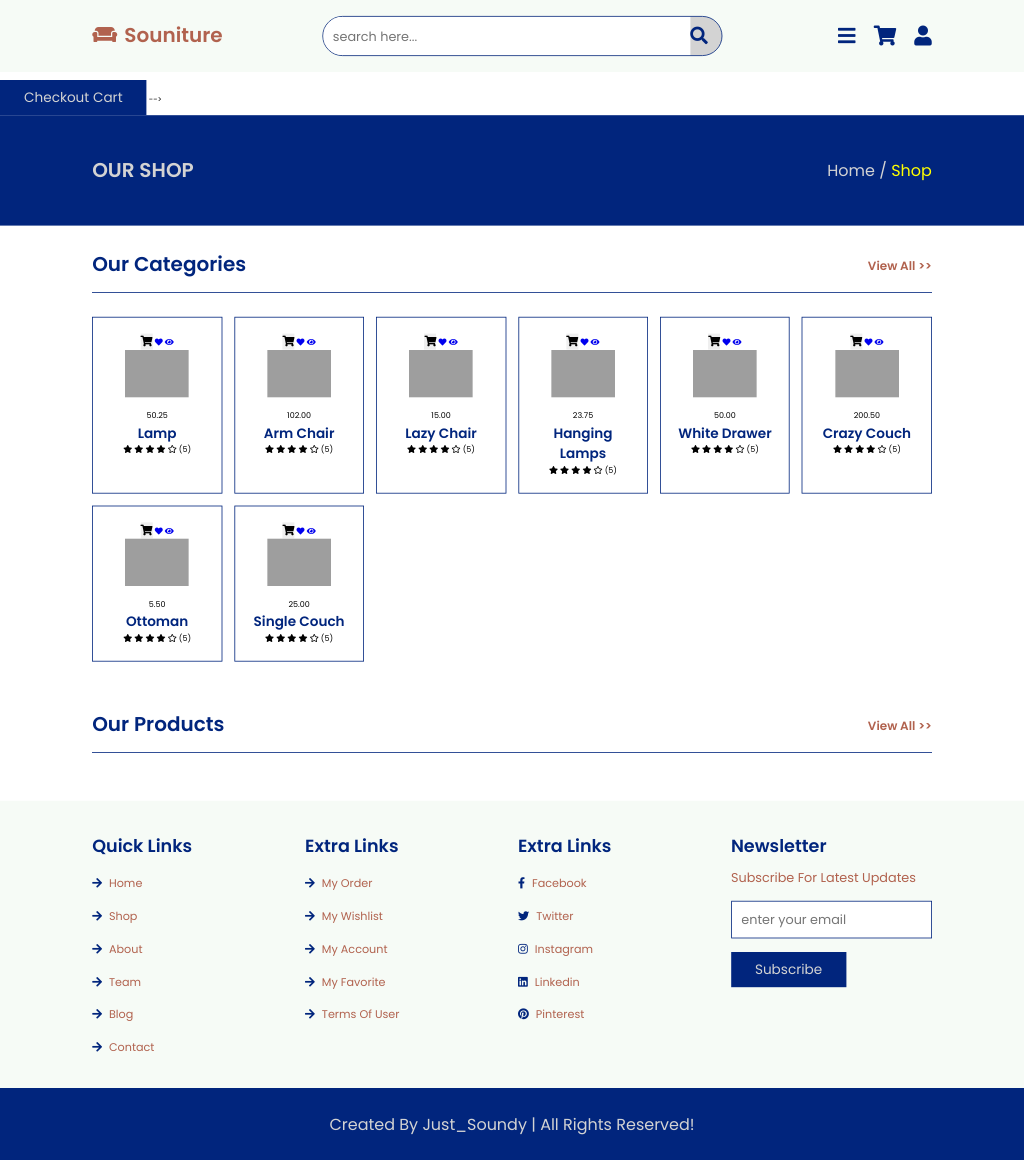
Repository: spencersoundy/furniture-store
Page: shop.html
These files come from the project's save history. The page is drawn as it stood at one moment and after the next save; the edit follows.
The browser window is 1280 px wide. The pictures show the whole page, at 80% of full size.
Pictures or frames that could not be fetched are drawn as grey boxes.

Above is the page before, as saved 2023-05-02 15:41:35.
Console error: TypeError: Cannot read properties of null (reading 'addEventListener')

After the next save:
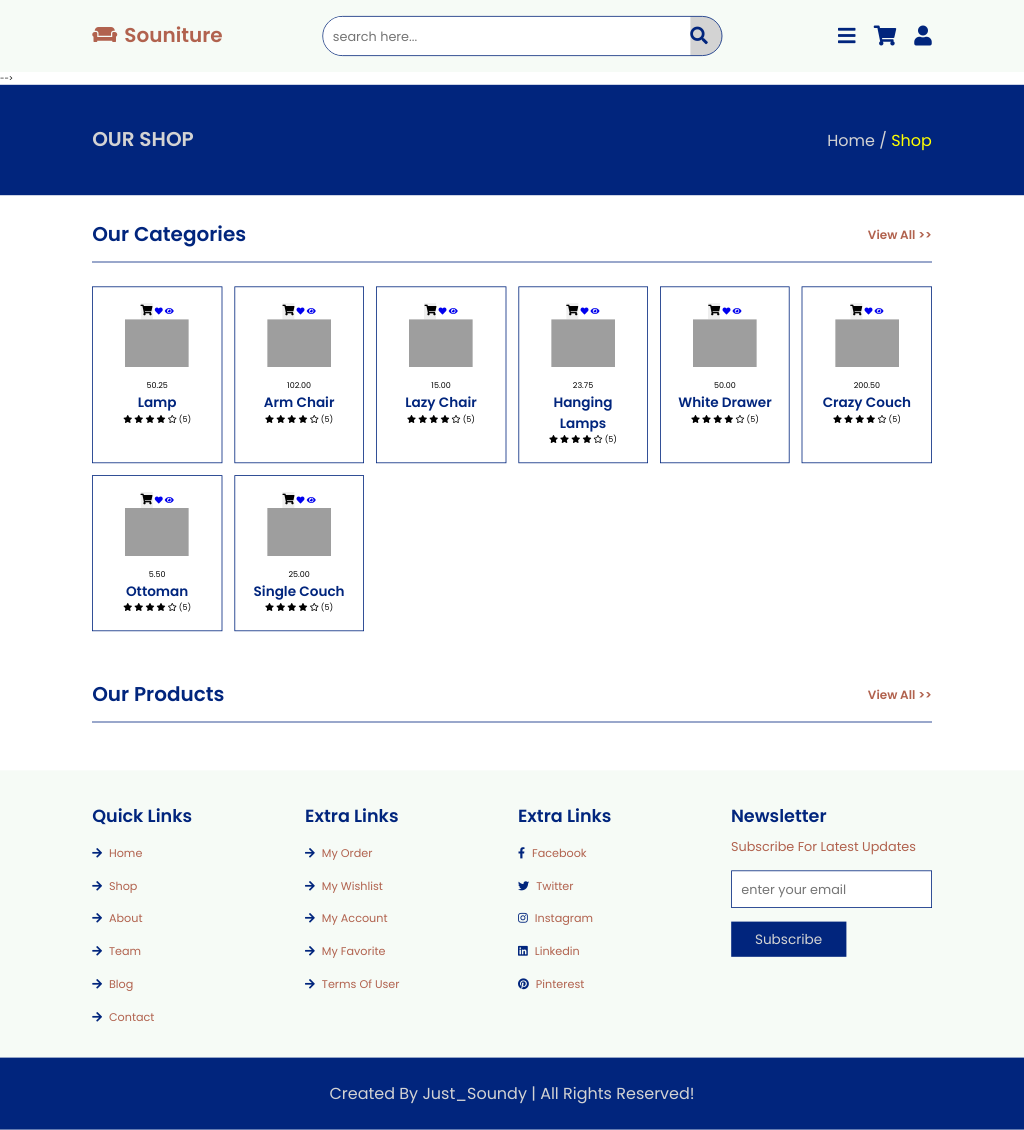
Saved 4 s later.
--- a/shop.html
+++ b/shop.html
@@ -69,7 +69,7 @@
     </div>
     </div>
 
-        <div></div>
+        <div>
             <h3 class="cart-total">Total:R
             <span id="cart-total-value"></span>
             </div>
